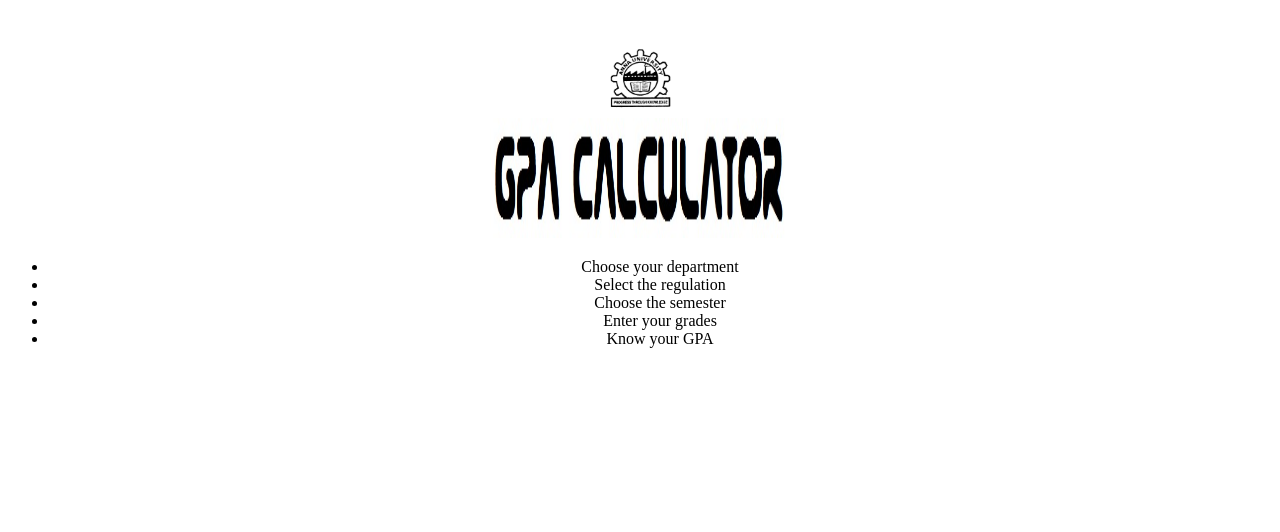
Repository: vigineshs/Mobile-Applications
Page: AnnaUniv GPA Calc/AnnaUniv GPA Calculator w/assets/www/index.html
The author's editor kept a copy of each file at every save. The page is drawn from the files as they stood at one save, then again after the next save.
The browser window is 1280 px wide. The pictures show the whole page.

Above is the page before, as saved 2012-05-04 11:32:14.

After the next save:
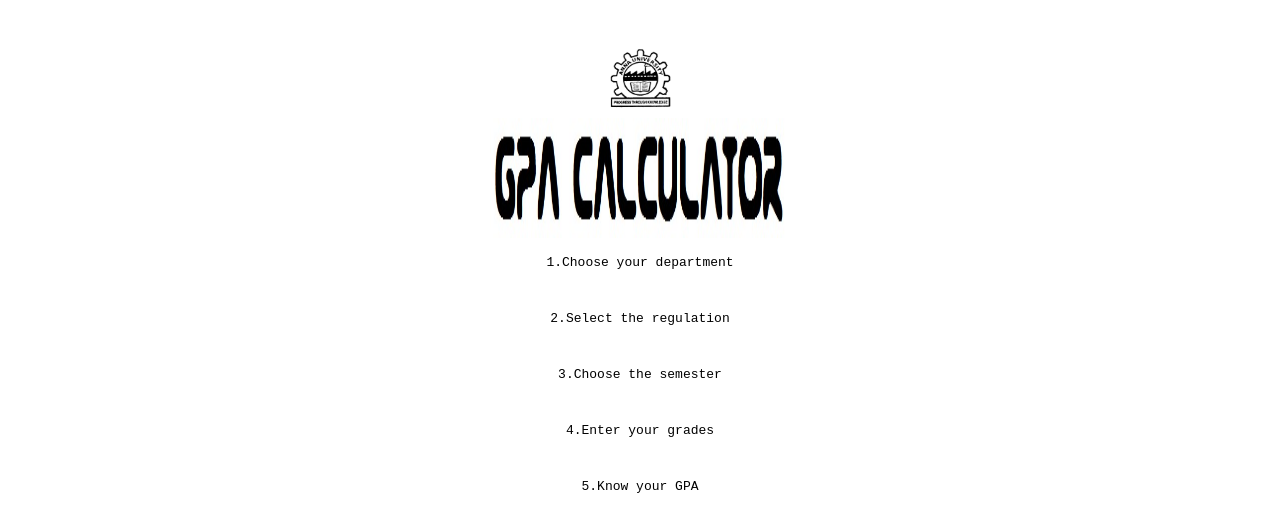
Saved 99 s later.
--- a/AnnaUniv GPA Calc/AnnaUniv GPA Calculator w/assets/www/index.html
+++ b/AnnaUniv GPA Calc/AnnaUniv GPA Calculator w/assets/www/index.html
@@ -8,13 +8,13 @@
 <br /> <br /> <center><img src="anna_university_logo.png" style="width:70px; height:70px" /><br />
 <img src="gpa.jpg" style="width:300px; height: 120px" />
 
-<ul>
-<li>Choose your department</li>
-<li>Select the regulation</li>
-<li>Choose the semester</li>
-<li>Enter your grades</li>
-<li>Know your GPA</li>
-</ol>
+<pre>
+<p>1.Choose your department</p>
+<p>2.Select the regulation</p>
+<p>3.Choose the semester</p>
+<p>4.Enter your grades</p>
+<p>5.Know your GPA</p>
+</pre>
 </center>
 </body>
 </html>
